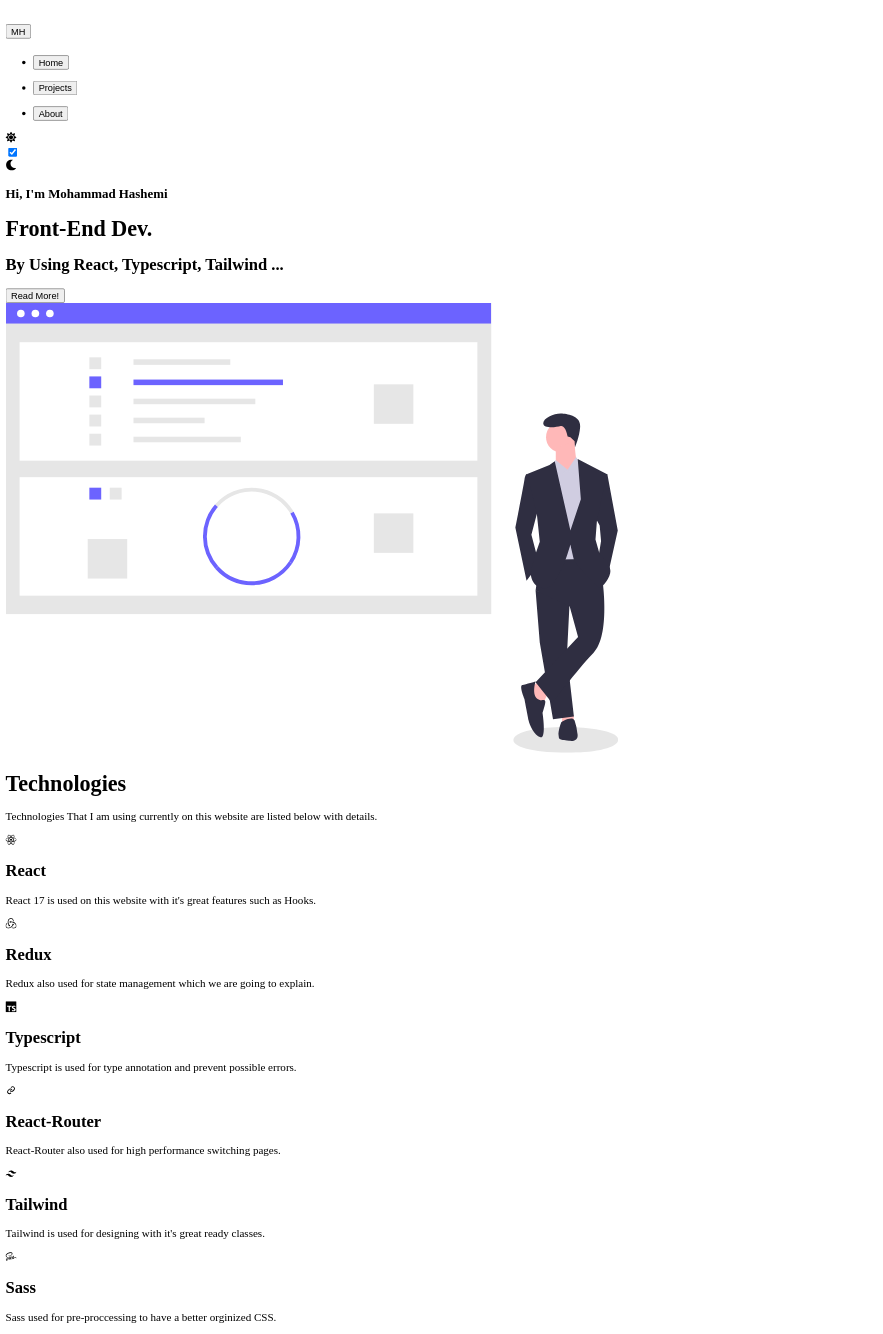
Repository: SMohammadH/react-typescript-tailwind
Page: /
These files come from the project's save history. The page is drawn as it stood at one moment and after the next save; the edit follows.
The browser window is 1280 px wide. The pictures show the whole page, at 69% of full size.
The project was rebuilt for these pictures with package versions that can differ from the ones it lists, and the page was loaded fresh each time. Also part of the build but not shown: craco.config.js.

Above is the page before, as saved 2021-02-04 07:16:54.

After the next save:
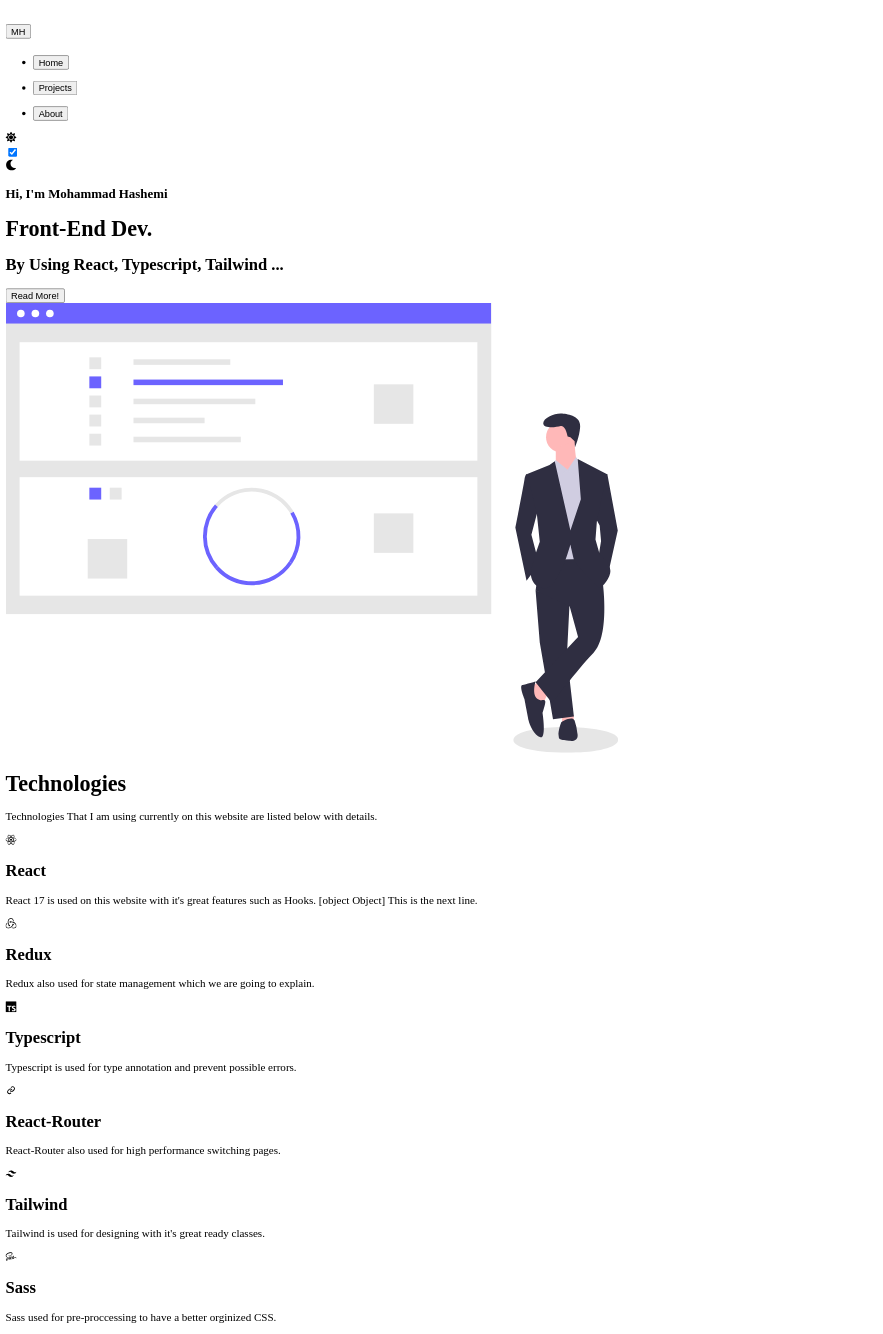
Saved 3 min 36 s later.
--- a/src/components/SecondSection.tsx
+++ b/src/components/SecondSection.tsx
@@ -5,7 +5,9 @@
 
 const text = [
   {
-    react: `React 17 is used on this website with it's great features such as Hooks.`,
+    react: `React 17 is used on this website with it's great features such as Hooks. ${(
+      <br />
+    )} This is the next line.`,
   },
   {
     redux:
